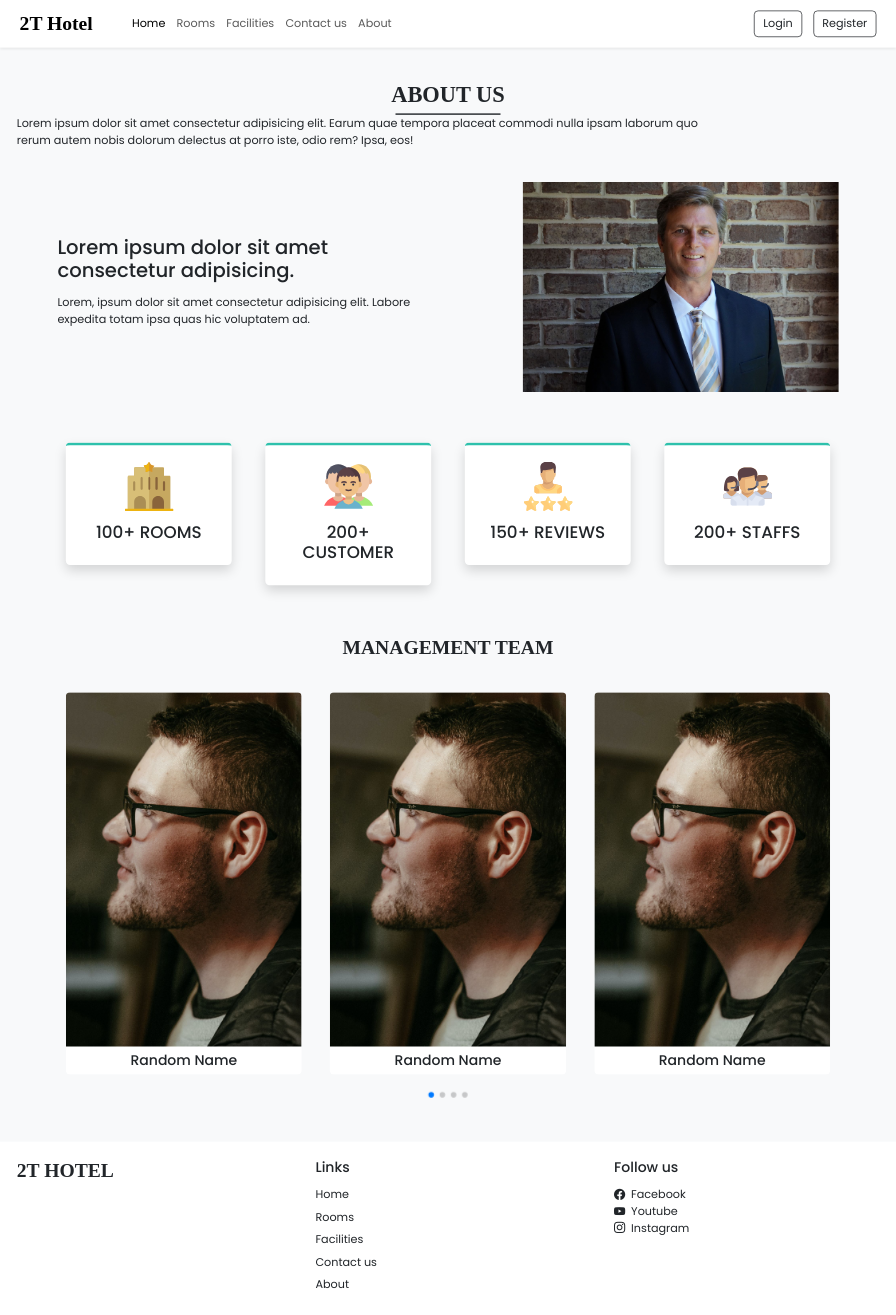
Repository: TaTongThanh2003/DoAnCoSo2024_BookingHotelWebsite
Page: http://localhost/WebsiteBookingHotel/about.php
These files come from the project's save history. The page is drawn as it stood at one moment and after the next save; the edit follows.
The browser window is 1280 px wide. The pictures show the whole page, at 70% of full size.
Some web fonts or font styles are not loaded; a fallback is used. The page is run by PHP 8.4 with error messages shown; the project is at /var/www/html/.

Above is the page before, as saved 2024-03-22 15:13:34.

After the next save:
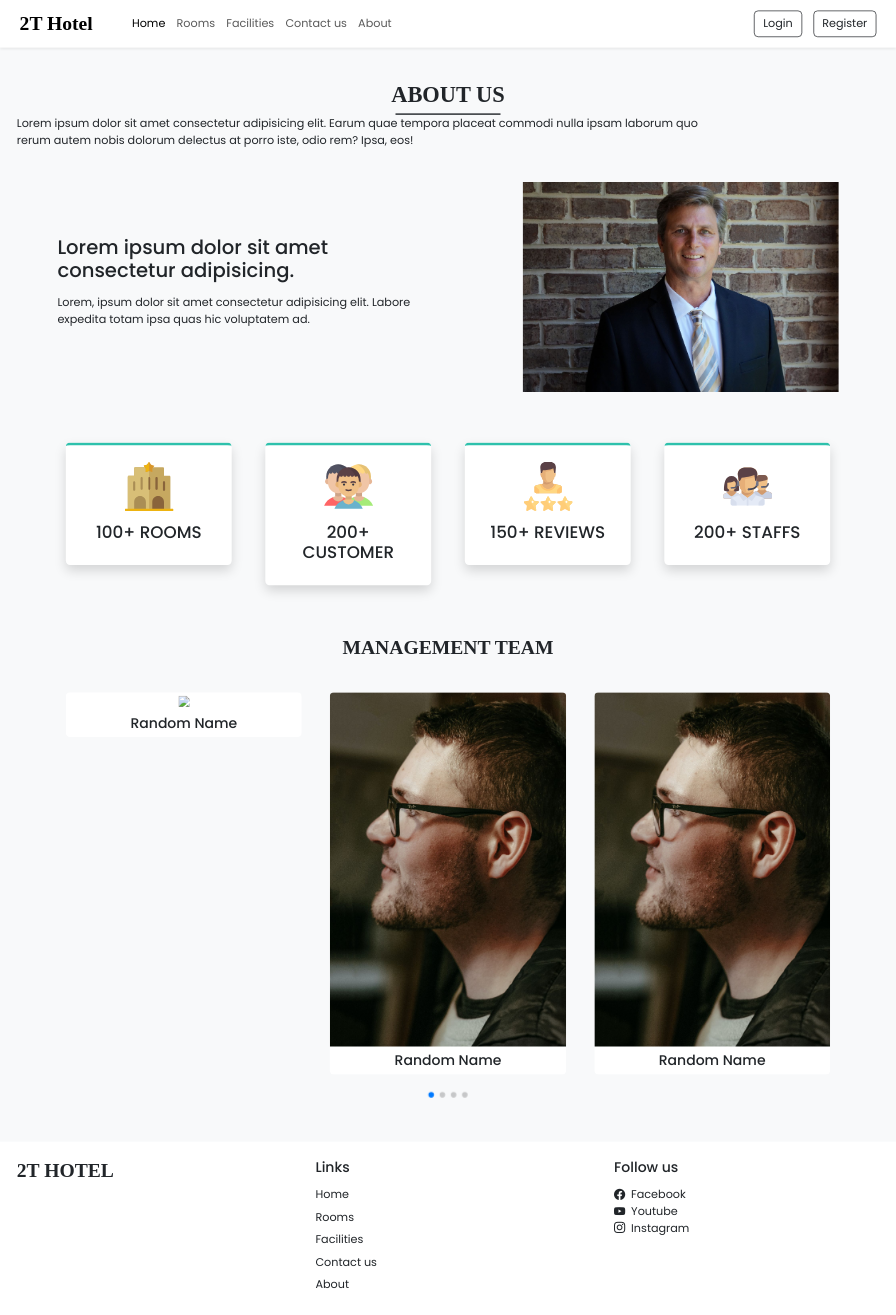
Not found: WebsiteBookingHotel/images/about/WebsiteBookingHotel/images/about/165518a7-d4b4-4f44-89db-5a398410f0ad.jpg
Saved 79 s later.
--- a/WebsiteBookingHotel/about.php
+++ b/WebsiteBookingHotel/about.php
@@ -81,7 +81,8 @@
                 <div class="swiper mySwiper">
                     <div class="swiper-wrapper mb-5">
                         <div class="swiper-slide bg-white text-center overflow-hidden rounded ">
-                            <img src="images/about/IMG_17352.jpg" class="w-100">
+                            <img src="images/about/WebsiteBookingHotel/images/about/165518a7-d4b4-4f44-89db-5a398410f0ad.jpg"
+                                class="w-100">
                             <h5 class="mt-2">Random Name</h5>
                         </div>
                         <div class="swiper-slide bg-white text-center overflow-hidden rounded ">

After the save that followed:
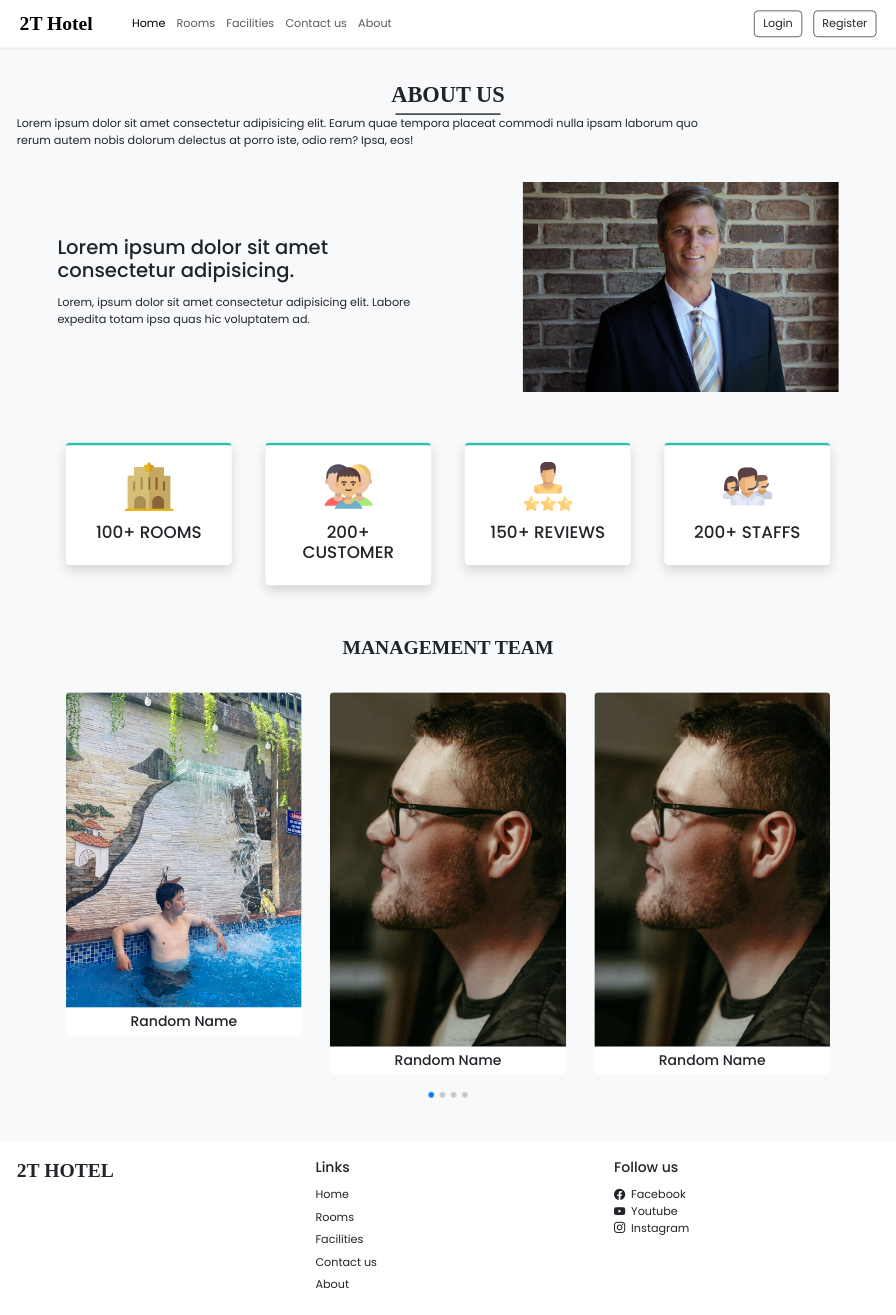
Saved 2 min 21 s later.
--- a/WebsiteBookingHotel/about.php
+++ b/WebsiteBookingHotel/about.php
@@ -81,8 +81,7 @@
                 <div class="swiper mySwiper">
                     <div class="swiper-wrapper mb-5">
                         <div class="swiper-slide bg-white text-center overflow-hidden rounded ">
-                            <img src="images/about/WebsiteBookingHotel/images/about/165518a7-d4b4-4f44-89db-5a398410f0ad.jpg"
-                                class="w-100">
+                            <img src="images/about/images1.jpg" class="w-100">
                             <h5 class="mt-2">Random Name</h5>
                         </div>
                         <div class="swiper-slide bg-white text-center overflow-hidden rounded ">
